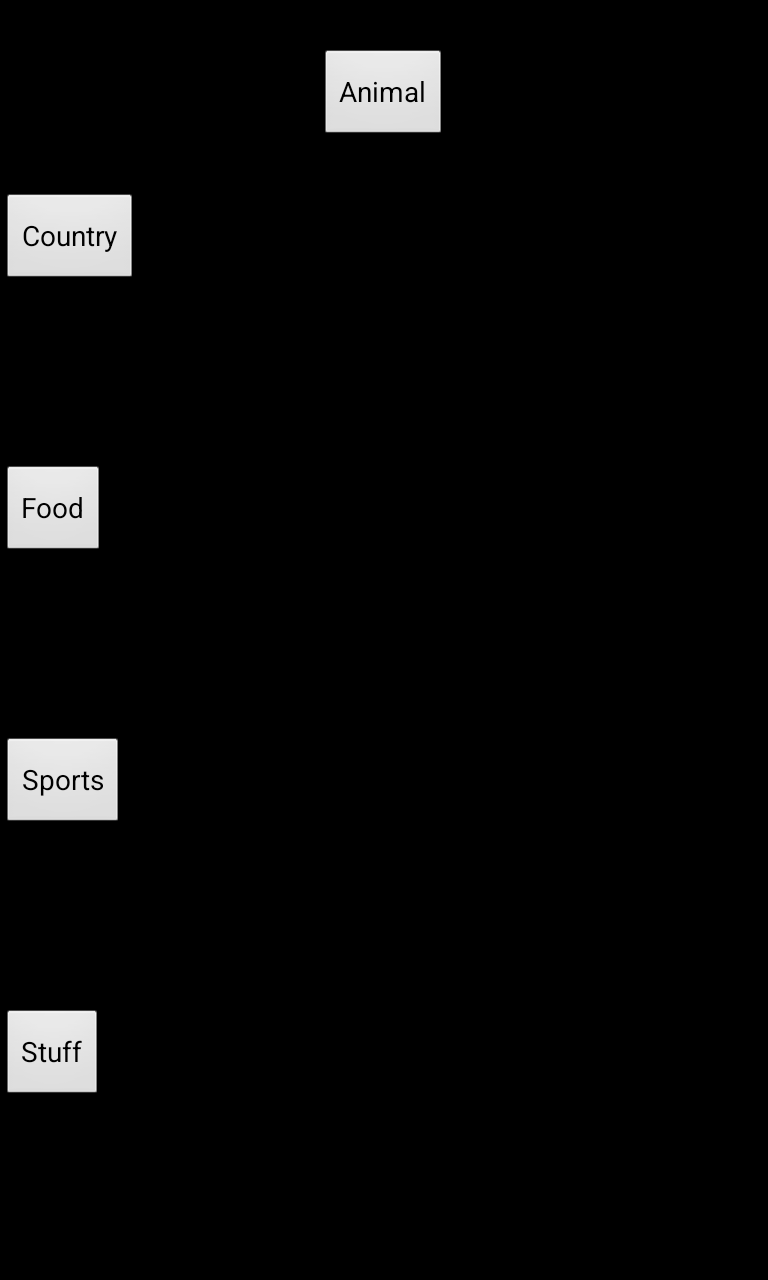
Repository: aster9725/HK-CityU-SummerExchange
Layout: Copy of WordQuiz/res/layout/activity_category.xml
These files come from the project's save history. The layout is drawn as it stood at one moment and after the next save; the edit follows.
It is drawn on a 768 x 1280 px phone screen (xhdpi) without system bars, with theme android:Theme; the app's code is not run.

Above is the layout before, as saved 2014-07-24 09:55:16.

### Copy of WordQuiz/res/layout/activity_category.xml
<?xml version="1.0" encoding="utf-8"?>
<LinearLayout xmlns:android="http://schemas.android.com/apk/res/android"
    android:layout_width="match_parent"
    android:layout_height="match_parent"
    android:orientation="vertical" >

    <LinearLayout
        android:layout_width="match_parent"
        android:layout_height="wrap_content"
        android:layout_weight="1"
        android:orientation="horizontal"
        android:gravity="center_vertical|center_horizontal" >

        <Button
            android:id="@+id/category_animal"
            android:layout_width="wrap_content"
            android:layout_height="wrap_content"

            android:gravity="center_vertical|center_horizontal"
            android:text="Animal" />
    </LinearLayout>

    <LinearLayout
        android:layout_width="match_parent"
        android:layout_height="wrap_content"
        android:layout_weight="1"
        android:orientation="horizontal" >

        <Button
            android:id="@+id/category_country"
            android:layout_width="wrap_content"
            android:layout_height="wrap_content"
            android:layout_gravity="center_horizontal"
            android:layout_marginTop="40dp"
            android:text="Country" />
    </LinearLayout>

    <LinearLayout
        android:layout_width="match_parent"
        android:layout_height="wrap_content"
        android:layout_weight="1"
        android:orientation="horizontal" >

        <Button
            android:id="@+id/category_food"
            android:layout_width="wrap_content"
            android:layout_height="wrap_content"
            android:layout_gravity="center_horizontal"
            android:layout_marginTop="40dp"
            android:text="Food" />
    </LinearLayout>

    <LinearLayout
        android:layout_width="match_parent"
        android:layout_height="wrap_content"
        android:layout_weight="1"
        android:orientation="horizontal" >

        <Button
            android:id="@+id/category_sport"
            android:layout_width="wrap_content"
            android:layout_height="wrap_content"
            android:layout_gravity="center_horizontal"
            android:layout_marginTop="40dp"
            android:text="Sports" />
    </LinearLayout>

    <LinearLayout
        android:layout_width="match_parent"
        android:layout_height="wrap_content"
        android:layout_weight="1"
        android:orientation="horizontal" >

        <Button
            android:id="@+id/category_stuff"
            android:layout_width="wrap_content"
            android:layout_height="wrap_content"
            android:layout_gravity="center_horizontal"
            android:layout_marginTop="40dp"
            android:text="Stuff" />
    </LinearLayout>

</LinearLayout>

After the next save:
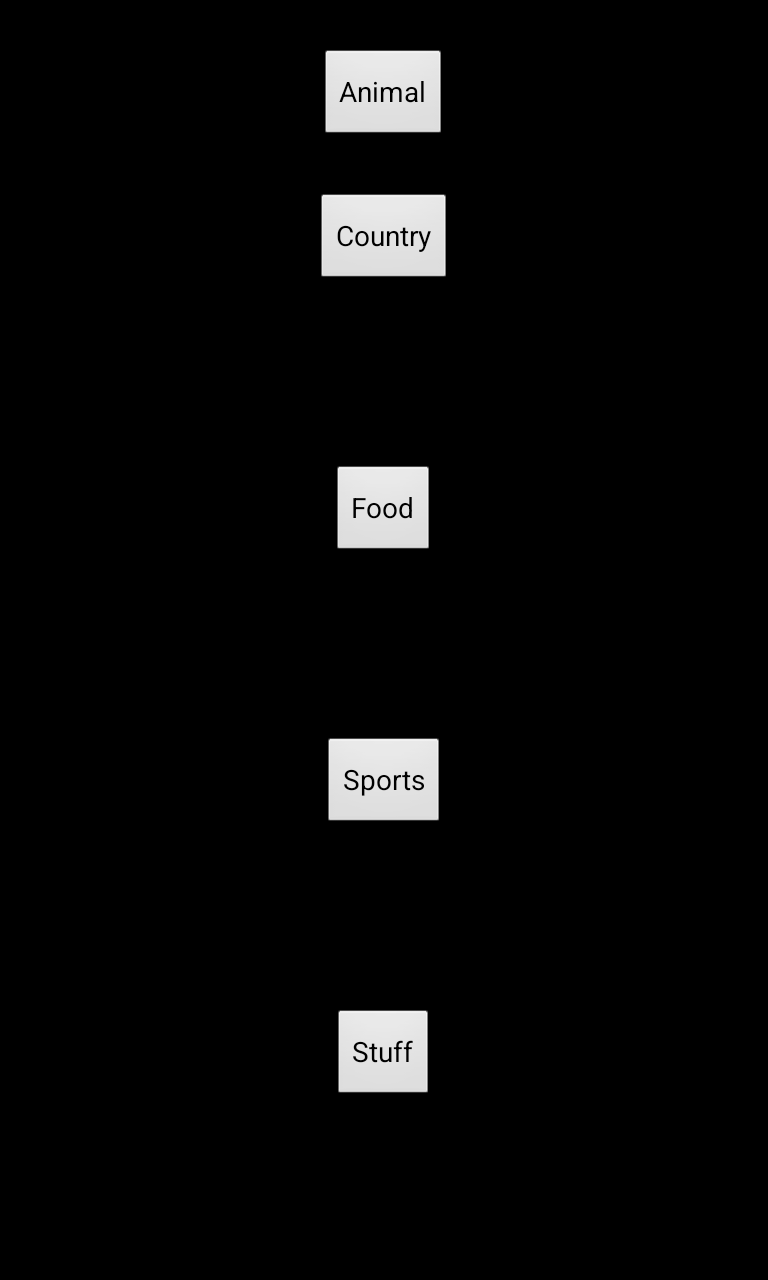
Saved 20 s later.
--- a/Copy of WordQuiz/res/layout/activity_category.xml
+++ b/Copy of WordQuiz/res/layout/activity_category.xml
@@ -15,8 +15,6 @@
             android:id="@+id/category_animal"
             android:layout_width="wrap_content"
             android:layout_height="wrap_content"
-
-            android:gravity="center_vertical|center_horizontal"
             android:text="Animal" />
     </LinearLayout>
 
@@ -24,7 +22,8 @@
         android:layout_width="match_parent"
         android:layout_height="wrap_content"
         android:layout_weight="1"
-        android:orientation="horizontal" >
+        android:orientation="horizontal"
+        android:gravity="center_vertical|center_horizontal" >
 
         <Button
             android:id="@+id/category_country"
@@ -39,7 +38,8 @@
         android:layout_width="match_parent"
         android:layout_height="wrap_content"
         android:layout_weight="1"
-        android:orientation="horizontal" >
+        android:orientation="horizontal"
+        android:gravity="center_vertical|center_horizontal" >
 
         <Button
             android:id="@+id/category_food"
@@ -54,7 +54,8 @@
         android:layout_width="match_parent"
         android:layout_height="wrap_content"
         android:layout_weight="1"
-        android:orientation="horizontal" >
+        android:orientation="horizontal"
+        android:gravity="center_vertical|center_horizontal" >
 
         <Button
             android:id="@+id/category_sport"
@@ -69,7 +70,8 @@
         android:layout_width="match_parent"
         android:layout_height="wrap_content"
         android:layout_weight="1"
-        android:orientation="horizontal" >
+        android:orientation="horizontal"
+        android:gravity="center_vertical|center_horizontal" >
 
         <Button
             android:id="@+id/category_stuff"
